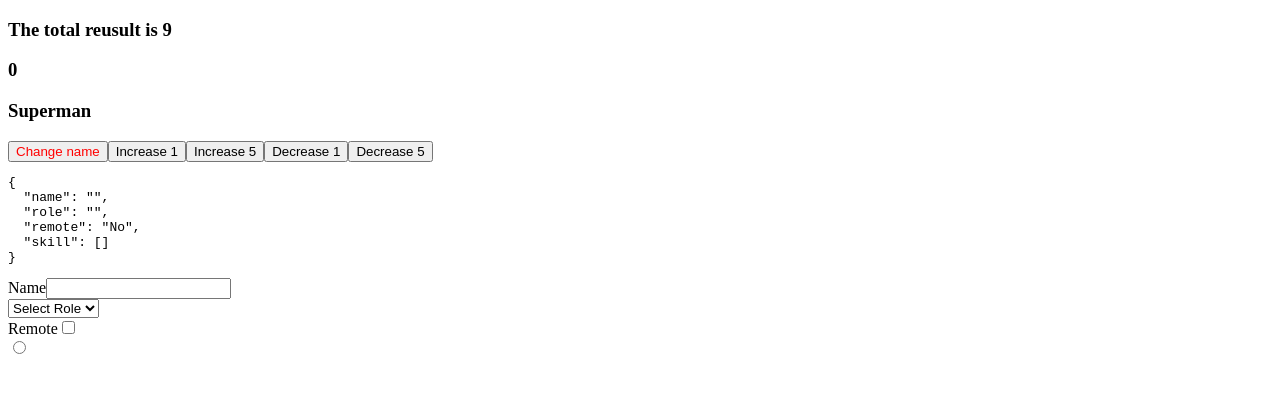
Repository: KZH2001/Vue_Practice
Page: / (app in Tutorial/)
The author's editor kept a copy of each file at every save. The page is drawn from the files as they stood at one save, then again after a run of saves.
The browser window is 1280 px wide. The pictures show the whole page.
The project was rebuilt for these pictures with package versions that can differ from the ones it lists, and the page was loaded fresh each time. Also part of the build but not shown: Tutorial/vite.config.js.

Above is the page before, as saved 2026-01-19 23:17:34.

After the next 3 saves:
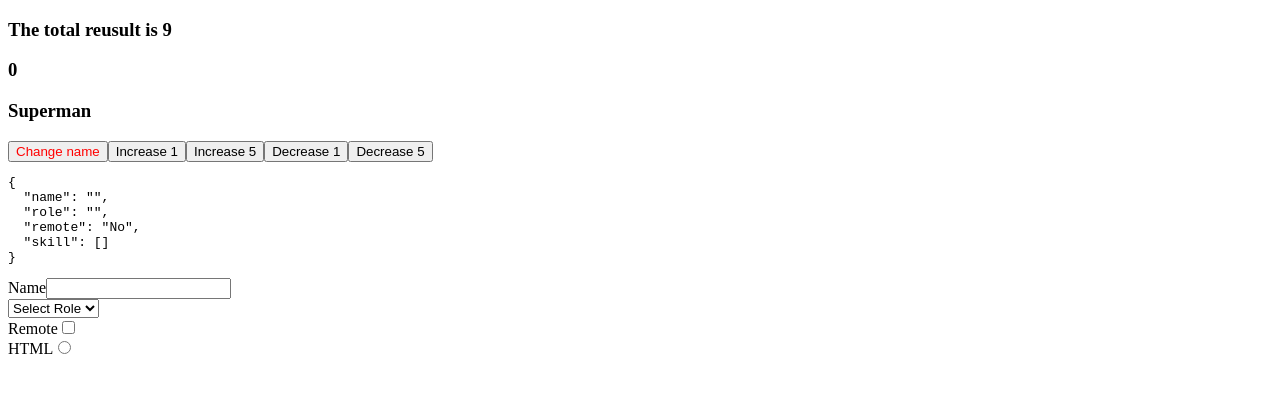
The 3 saves are shown as one change because they came seconds apart.
The last was saved 9 s later.
--- a/Tutorial/src/App.vue
+++ b/Tutorial/src/App.vue
@@ -29,6 +29,7 @@
     <label for="">Remote</label>
     <input v-model="formValues.remote" type="checkbox" true-value ="Yes" false-value="No">
     <br>
+    <label for="">HTML</label>
     <input value="HTML" type="radio">
 
   </form>
